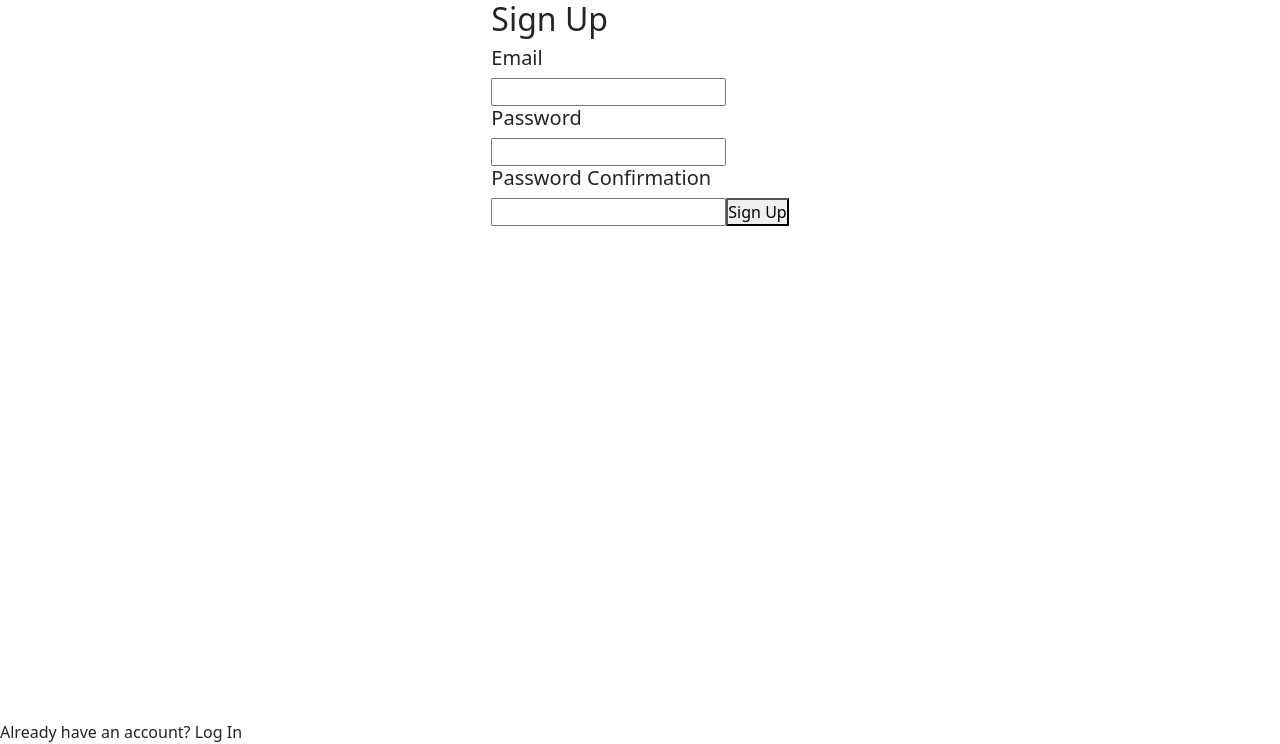
Repository: carinvid/reach-eshop
Page: /signup
An editor plug-in stored every save of this project. The page is shown before and after the next save, followed by the edit.
The browser window is 1280 px wide. The pictures show the whole page.
The page's requests for data from a server got no answer. The project was rebuilt for these pictures with package versions that can differ from the ones it lists, and the page was loaded fresh each time. No one was signed in, and anything a server would have sent is missing. Also part of the build but not shown: src/Header.css, src/Header.js, src/Home.css, src/Product.css, src/Product.js, src/Home.js, src/Checkout.css, src/CheckoutProduct.css and 7 more.

Above is the page before, as saved 2022-04-06 16:04:03.

### public/index.html
<!DOCTYPE html>
<html lang="en">
  <head>
    <meta charset="utf-8" />

    <meta name="viewport" content="width=device-width, initial-scale=1" />
    <meta name="theme-color" content="#000000" />

    <title>React App</title>
  </head>
  <body>

    <div id="root"></div>

  </body>
</html>

### src/index.js
import React from 'react';
import ReactDOM from 'react-dom';
import './index.css';
import App from './App';
import reducer, { initialState} from './reducer';
import { StateProvider } from './StateProvider';
import "bootstrap/dist/css/bootstrap.min.css"

ReactDOM.render(
  <React.StrictMode>
    <StateProvider initialState={initialState} reducer = { reducer }>
    <App />
    </StateProvider>
  </React.StrictMode>,
  document.getElementById('root')
);

### src/index.css
body {
  margin: 0;
  background-color: rgba(234, 237,237);
  font-family: -apple-system, BlinkMacSystemFont, 'Segoe UI', 'Roboto', 'Oxygen',
    'Ubuntu', 'Cantarell', 'Fira Sans', 'Droid Sans', 'Helvetica Neue',
    sans-serif;
  -webkit-font-smoothing: antialiased;
  -moz-osx-font-smoothing: grayscale;
}

code {
  font-family: source-code-pro, Menlo, Monaco, Consolas, 'Courier New',
    monospace;
}

### src/App.js

import './App.css';
import Header from "./Header"
import Home from "./Home";
import {BrowserRouter as Router, Route, Switch} from "react-router-dom"
import Checkout from './Checkout';
import Login from './Login';
import Signup from './Signup';

function App() {
  return (
    <div className="App">
      <Router>
        <Switch>
          <Route path="/login">
            <Login />
          </Route>
          <Route path="/signup">
            <Signup />
          </Route>
          <Route path="/checkout">
            <Header />
            <Checkout />
          </Route>
          <Route path="/" >
            <Header />
            <Home />
          </Route>
        </Switch>
      </Router>

    </div>)
}

export default App;

### src/Reducer.js
export const initialState = {
    basket: [],
};

export const getBasketTotal = (basket) => {
    return(basket?.reduce((amount, item) => item.price + amount, 0));
}

const reducer = (state, action) => {
    switch(action.type) {
        case "ADD_TO_BASKET":
            return {
                ...state,
                basket: [...state.basket, action.item],
            }
            case "REMOVE_FROM_BASKET" :
            const index = state.basket.findIndex(
                (basketItem) => basketItem.id === action.id
            );
            let newBasket = [...state.basket];

            if(index >= 0) {
                newBasket.splice(index, 1)
            } else {
                console.warn( `Can't remove product(id: ${action.id}) as it is not in the basket!`)
            }
            return {...state,basket: newBasket}

            default:
            return state;
    }

}

export default reducer;

### src/StateProvider.js
import React, {createContext, useContext, useReducer} from "react";

export const StateContext = createContext();


export const StateProvider = ({ reducer, initialState, children }) => {


    return (
    <StateContext.Provider value={useReducer(reducer, initialState)}>
        {children}
    </StateContext.Provider>
    )
};

export const useStateValue = () => useContext(StateContext);

### src/Signup.js
import React, { useRef } from 'react';
import './Signup.css'

export default function Signup() {
    const emailRef = useRef();
    const passwordRef = useRef();
    const passwordConfirmRef = useRef();


  return (
    <>
    <div className="signup">
        <div className="signup-container">
            <h2>Sign Up</h2>
            <form >
                        <h5>Email</h5>
                        <input type="email" ref={emailRef} required />
                        <h5>Password</h5>

                        <input type="password" ref={passwordRef} required />


                        <h5>Password Confirmation</h5>
                        <input type="password" ref={passwordConfirmRef} required />

                    <button type="submit">Sign Up</button>
            </form>
        </div>
    </div>

    <div className="goToLogin">
        Already have an account? Log In
    </div>
    </>
  )
}

### src/Signup.css
.signup {
    background-color: white;
    height: 100vh;
    display: flex;
    flex-direction: column;
    align-items: center;
}

Loaded but not shown: src/App.css (common file)

After the next save:
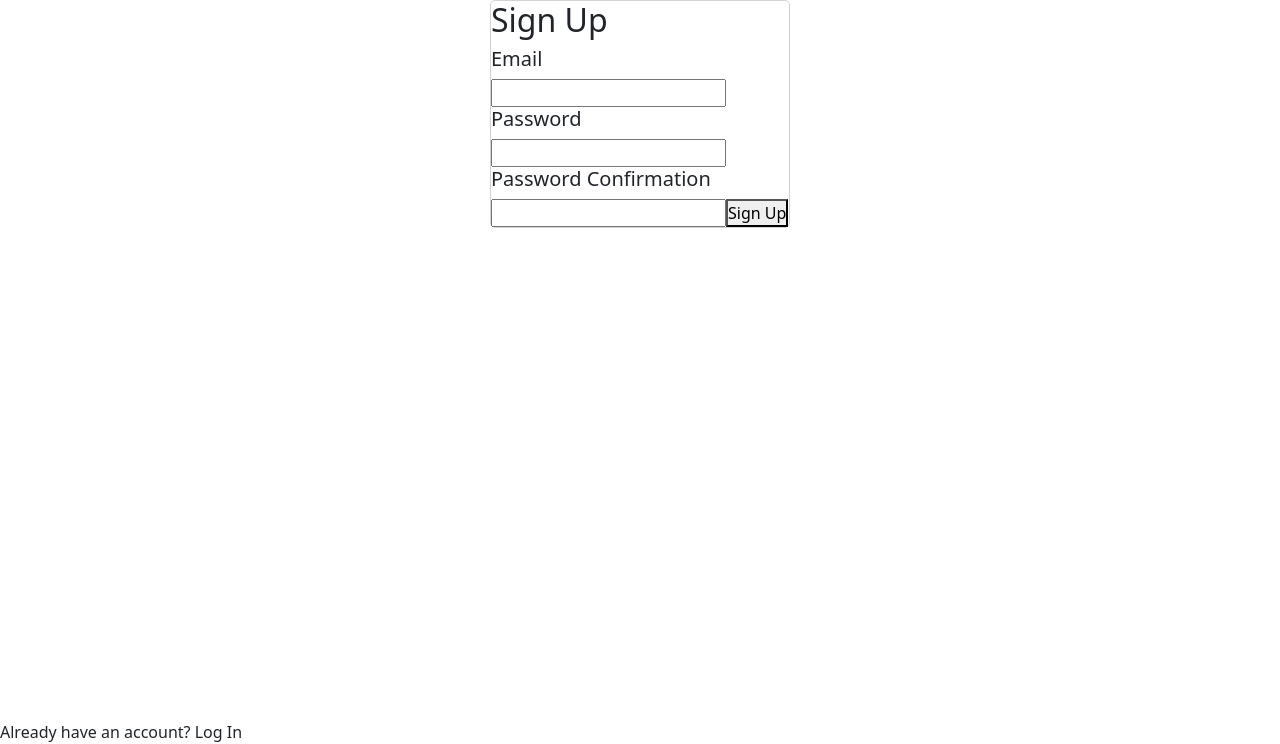
Saved 33 s later.
--- a/src/Signup.css
+++ b/src/Signup.css
@@ -5,3 +5,12 @@
     flex-direction: column;
     align-items: center;
 }
+
+.signup-container {
+    width: 300px;
+    height: fit-content;
+    display: flex;
+    flex-direction: column;
+    border-radius: 5px;
+    border: 1px solid lightgrey;
+}
